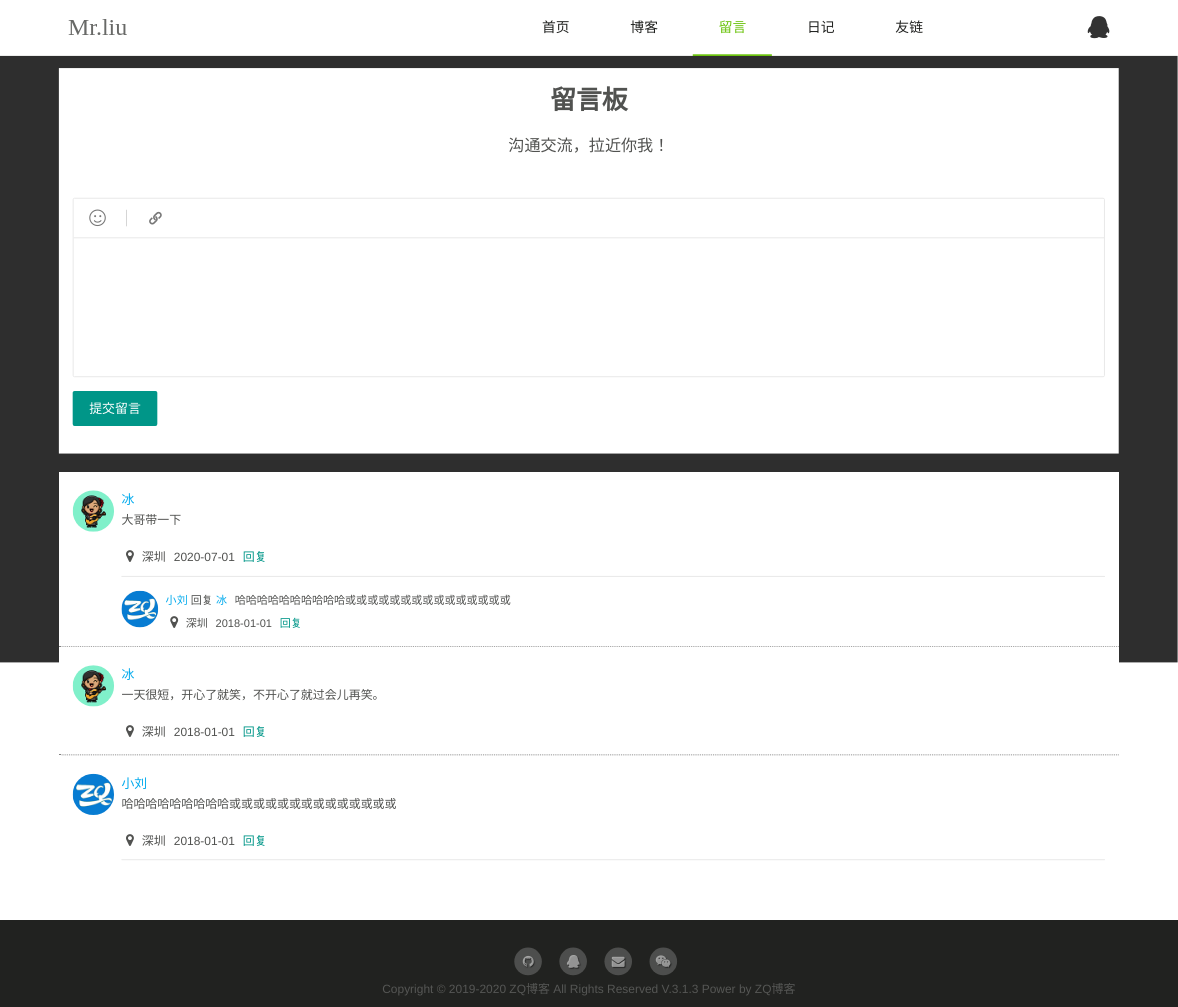
Repository: fengfi9/blog
Page: message.html
An editor plug-in stored every save of this project. The page is shown before and after the next save, followed by the edit.
The browser window is 1280 px wide. The pictures show the whole page, at 92% of full size.

Above is the page before, as saved 2020-10-22 14:26:53.

### message.html
<!DOCTYPE html>
<html>

<head>
    <meta charset="utf-8" />
    <meta http-equiv="X-UA-Compatible" content="IE=edge,chrome=1" />
    <meta name="renderer" content="webkit">
    <meta name="viewport" content="width=device-width" />
    <meta name="author" content="www.lzqcode.com" />
    <meta name="robots" content="all" />
    <title>留言板</title>
    <link rel="stylesheet" href="font-awesome/css/font-awesome.min.css">
    <link rel="stylesheet" href="layui/css/layui.css" />
    <link rel="stylesheet" href="css/master.css" />
    <link rel="stylesheet" href="css/gloable.css" />
    <link rel="stylesheet" href="css/nprogress.css" />
    <link rel="stylesheet" href="css/message.css" />
</head>

<body>
    <div class="header">
    </div>
    <header class="gird-header">
        <div class="header-fixed">
            <div class="header-inner">
                <a href="javascript:void(0)" class="header-logo" id="logo">Mr.liu</a>
                <nav class="nav" id="nav">
                    <ul>
                        <li><a href="index.html">首页</a></li>
                        <li><a href="article.html">博客</a></li>
                        <li><a href="message.html">留言</a></li>
                        <li><a href="diary.html">日记</a></li>
                        <li><a href="link.html">友链</a></li>
                    </ul>
                </nav>
                <a href="#" class="blog-user">
                    <i class="fa fa-qq"></i>
                </a>
                <a class="phone-menu">
                    <i></i>
                    <i></i>
                    <i></i>
                </a>
            </div>
        </div>
    </header>
    <div class="doc-container" id="doc-container">
        <div class="container-fixed">
            <div class="container-inner">
                <section class="msg-remark">
                    <h1>留言板</h1>
                    <p>
                        沟通交流，拉近你我！
                    </p>
                </section>
                <div class="textarea-wrap message" id="textarea-wrap">
                    <form class="layui-form blog-editor" action="">
                        <div class="layui-form-item">
                            <textarea name="editorContent" lay-verify="content" id="remarkEditor" placeholder="请输入内容"
                                class="layui-textarea layui-hide"></textarea>
                        </div>
                        <div class="layui-form-item">
                            <button class="layui-btn" lay-submit="formLeaveMessage"
                                lay-filter="formLeaveMessage">提交留言</button>
                        </div>
                    </form>
                </div>
            </div>
            <div class="f-cb"></div>
            <div class="mt20">
                <ul class="message-list" id="message-list">
                    <li class="zoomIn article">
                        <div class="comment-parent">
                            <a name="remark-1"></a>
                            <img src="image/t2.png" />
                            <div class="info">
                                <span class="username">冰</span>
                            </div>
                            <div class="comment-content">
                                大哥带一下
                            </div>
                            <p class="info info-footer">
                                <i class="fa fa-map-marker" aria-hidden="true"></i>
                                <span>深圳</span>
                                <span class="comment-time">2020-07-01</span>
                                <a href="javascript:;" class="btn-reply" data-targetid="1" data-targetname="冰">回复</a>
                            </p>
                        </div>
                        <hr />
                        <div class="comment-child">
                            <a name="reply-1"></a>
                            <img src="image/admin_img.png">
                            <div class="info">
                                <span class="username">小刘</span>
                                <span style="padding-right:0;margin-left:-5px;">回复</span>
                                <span class="username">冰</span>
                                <span>哈哈哈哈哈哈哈哈哈哈或或或或或或或或或或或或或或或</span>
                            </div>
                            <p class="info">
                                <i class="fa fa-map-marker" aria-hidden="true"></i>
                                <span>深圳</span>
                                <span class="comment-time">2018-01-01</span>
                                <a href="javascript:;" class="btn-reply" data-targetid="2" data-targetname="小刘">回复</a>
                            </p>
                        </div>
                        <div class="replycontainer layui-hide">
                            <form class="layui-form" action="">
                                <input type="hidden" name="remarkId" value="1">
                                <input type="hidden" name="targetUserId" value="0">
                                <div class="layui-form-item">
                                    <textarea name="replyContent" lay-verify="replyContent" placeholder="请输入回复内容"
                                        class="layui-textarea" style="min-height:80px;"></textarea>
                                </div>
                                <div class="layui-form-item">
                                    <button class="layui-btn layui-btn-xs" lay-submit="formReply"
                                        lay-filter="formReply">提交</button>
                                </div>
                            </form>
                        </div>
                    </li>
                    <li class="zoomIn article">
                        <div class="comment-parent">
                            <a name="remark-1"></a>
                            <img src="image/t2.png" alt="{{name}}" />
                            <div class="info">
                                <span class="username">冰</span>
                            </div>
                            <div class="comment-content">
                                一天很短，开心了就笑，不开心了就过会儿再笑。
                            </div>
                            <p class="info info-footer">
                                <i class="fa fa-map-marker" aria-hidden="true"></i>
                                <span>深圳</span>
                                <span class="comment-time">2018-01-01</span>
                                <a href="javascript:;" class="btn-reply" data-targetid="1" data-targetname="冰">回复</a>
                            </p>
                        </div>
                        <div class="replycontainer layui-hide">
                            <form class="layui-form" action="">
                                <input type="hidden" name="remarkId" value="1">
                                <input type="hidden" name="targetUserId" value="0">
                                <div class="layui-form-item">
                                    <textarea name="replyContent" lay-verify="replyContent" placeholder="请输入回复内容"
                                        class="layui-textarea" style="min-height:80px;"></textarea>
                                </div>
                                <div class="layui-form-item">
                                    <button class="layui-btn layui-btn-xs" lay-submit="formReply"
                                        lay-filter="formReply">提交</button>
                                </div>
                            </form>
                        </div>
                    </li>
                    <li class="zoomIn article">
                        <div class="comment-parent">
                            <a name="remark-1"></a>
                            <img src="image/admin_img.png" />
                            <div class="info">
                                <span class="username">小刘</span>
                            </div>
                            <div class="comment-content">
                                哈哈哈哈哈哈哈哈哈或或或或或或或或或或或或或或
                            </div>
                            <p class="info info-footer">
                                <i class="fa fa-map-marker" aria-hidden="true"></i>
                                <span>深圳</span>
                                <span class="comment-time">2018-01-01</span>
                                <a href="javascript:;" class="btn-reply" data-targetid="1" data-targetname="小刘">回复</a>
                            </p>
                        </div>
                        <hr />
                        <div class="replycontainer layui-hide">
                            <form class="layui-form" action="">
                                <input type="hidden" name="remarkId" value="1">
                                <input type="hidden" name="targetUserId" value="0">
                                <div class="layui-form-item">
                                    <textarea name="replyContent" lay-verify="replyContent" placeholder="请输入回复内容"
                                        class="layui-textarea" style="min-height:80px;"></textarea>
                                </div>
                                <div class="layui-form-item">
                                    <button class="layui-btn layui-btn-xs" lay-submit="formReply"
                                        lay-filter="formReply">提交</button>
                                </div>
                            </form>
                        </div>
                    </li>
                </ul>
            </div>
        </div>
    </div>
    <footer class="grid-footer">
        <div class="footer-fixed">
            <div class="copyright">
                <div class="info">
                    <div class="contact">
                        <a href="javascript:void(0)" class="github" target="_blank"><i class="fa fa-github"></i></a>
                        <a href="#" class="qq" target="_blank"><i class="fa fa-qq"></i></a>
                        <a href="#" class="email" target="_blank"><i class="fa fa-envelope"></i></a>
                        <a href="javascript:void(0)" class="weixin"><i class="fa fa-weixin"></i></a>
                    </div>
                    <p class="mt05">
                        Copyright &copy; 2019-2020 ZQ博客 All Rights Reserved V.3.1.3 Power by ZQ博客
                    </p>
                </div>
            </div>
        </div>
    </footer>
    <script src="layui/layui.js"></script>
    <script src="js/yss/gloable.js"></script>
    <script src="js/plugins/nprogress.js"></script>
    <script>
        NProgress.start();
    </script>
    <script src="js/pagemessage.js"></script>
    <script>
        NProgress.start();
    </script>
    <script>
        window.onload = function () {
            NProgress.done();
        };
    </script>
</body>

</html>

### css/master.css
.header{
	margin: 0 auto;
	width: 100%;
	height: 100%;
	background-color: #2E2E2E;
	position: fixed!important;
	background-size: 100% 100%
}
*{margin:0;padding:0}
a,img{text-decoration:none;border:none}
button,input,textarea{outline:0;border:none;font:14px/1.5 "Microsoft YaHei","微软雅黑","Helvetica Neue","Hiragino Sans GB",Helvetica,Tahoma,sans-serif;color:#515250}
h4{font-size:20px}
li{list-style:none}
body,html{background-color:rgba(255,255,255,.5);font:14px/1.5 "Helvetica neue",Helvetica,Tahoma,"lantinghei sc","Microsoft Yahei",sans-serif;color:#515250;-webkit-font-smoothing:antialiased;-webkit-backface-visibility:hidden;overflow-x:hidden}
.gird-header{width:100%;min-height:60px;position:fixed;background-color:rgba(255,255,255,1);z-index:11002;top:0;left:0;border-bottom:1px solid #e8e9e7;font-size:14px}
.container-fixed,.footer-fixed,.header-fixed{width:1280px;margin-left:auto;margin-right:auto;position:relative}
.header-inner{margin-left:10px;margin-right:10px;position:relative}
.header-logo{font-family:BarbaraHand;font-size:40px;color:#444647;text-align:center;position:absolute;left:0;font-family: cursive;color: #686967;text-decoration: none;font-size: 26px;margin-top: 10px;}
.nav{display:block;position:absolute;right:15%}
.nav li{display:block;float:left;margin:10px 5px;position:relative}
.nav li:before{width:0;height:2px;position:absolute;bottom:-11px;left:50%;background-color:#6bc30d;content:"";transition:all .6s;z-index:-1}
.nav li a{display:block;line-height:32px;padding:4px 28px;color:#212220;font-weight:400;font-size:15px;text-shadow:0 1px 0 rgba(255,255,255,.2);-webkit-transition:all .2s;transition:all .2s}
.nav .current:before{width:100%;left:0}
.nav .current a{color:#6bc30d}
.blog-user{position:absolute;line-height:60px;font-size:24px}
.blog-user>img{border-radius:50%;width:40px;height:40px}
.phone-menu{width:50px;height:50px;display:inline-block;position:absolute;cursor:pointer;right:0;top:5px}
.phone-menu i{background:#787977;display:inline-block;width:22px;height:2px;position:absolute;left:14px}
.phone-menu i:nth-of-type(1){top:18px}
.phone-menu i:nth-of-type(2){top:25px}
.phone-menu i:nth-of-type(3){top:32px}
.grid-footer{background-color:#212220;color:#919290;font-size:14px;padding:20px 0 0 0;position:relative;zoom:1;clear:both;line-height:20px;margin-top:40px;overflow:hidden}
.copyright{padding:10px 0 10px 0}
.copyright .info{position:relative;text-align:center}
.copyright p{color:#565755;font-size:13px}
.copyright .contact a{display:inline-block;width:30px;height:30px;background-color:rgba(255,255,255,.2);text-align:center;line-height:30px;text-shadow:1px 1px 1px rgba(0,0,0,.5);font-size:14px;margin-left:15px;margin-right:0;border-radius:100%;text-decoration:none;color:rgba(255,255,255,.5);-webkit-transition:all .3s;transition:all .3s}
.copyright .contact a:hover{color:#fff}
.copyright .contact .github:hover{background-color:#b952c5}
.copyright .contact .qq:hover{background-color:#d25744}
.copyright .contact .email:hover{background-color:#668f20}
.copyright .contact .weixin:hover{background-color:#06a2c9}
.doc-container{position:relative;padding-top:60px;-webkit-transition:all .2s;transition:all .2s;min-height:100vh}
.lo{width:250px;height:60px;padding:10px 15px;clear:both;border-radius:4px}
.lo input{margin-left:15px;border:1px solid #e8e9e7}
.lo button{margin-top:10px;padding:5px 15px;cursor:pointer}
.lo .waiting{padding:5px 15px;font-family:FontAwesome;font-style:normal;text-rendering:auto;font-size:20px;display:none}
.lo .waiting:before{content:"\f110";-webkit-animation:spin 2s infinite linear;animation:spin 2s infinite linear}
.artcle{transition:animation .3s linear}
.zoomIn{animation:zoomIn 1s both}
@keyframes zoomIn{0%{opacity:0;-webkit-transform:scale3d(.3,.3,.3);transform:scale3d(.3,.3,.3)}
50%{opacity:1}
}

@-webkit-keyframes spin{0%{-webkit-transform:rotate(0)}
100%{-webkit-transform:rotate(359deg)}
}
@keyframes spin{0%{transform:rotate(0)}
100%{transform:rotate(359deg)}
}
@media screen and (min-width:1025px){.blog-user{right:0}
.phone-menu{display:none}
.nav{display:block!important}
}
@media screen and (max-width:1366px){.container-fixed,.footer-fixed,.header-fixed{width:90%}
.phone-menu{display:none}
.nav{display:block}
}
@media screen and (max-width:1024px){.header-logo{left:25%;width:50%}
.nav{position:fixed;top:60px;left:0;right:0}
.container-fixed,.footer-fixed,.header-fixed{width:90%}
.phone-menu{display:block}
.nav{display:none;width:100%;background:rgba(255,255,255,1)}
.nav li:before{bottom:0;z-index:10}
.nav li{float:none;border-bottom:1px solid #e8e9e7}
.nav li:last-child{border:0}
}
@font-face{font-family:BarbaraHand;src:url(../font/barbarahand-webfont.eot);src:url(../font/barbarahand-webfont.eot?#iefix) format('embedded-opentype'),url(../font/barbarahand-webfont.woff2) format('woff2'),url(../font/barbarahand-webfont.woff) format('woff'),url(../font/barbarahand-webfont.ttf) format('truetype'),url(../font/barbarahand-webfont.svg#BarbaraHand) format('svg');font-weight:400;font-style:normal}

### css/gloable.css
.f-oh{
    overflow: hidden;
    zoom: 1;
    clear: both;
}
.f-oh a{
    margin-right: 30px;
    color: #565755;
}
.f-oh a:hover{
    text-decoration:underline;
    color:#6bc30d;
}

.fs-12{
    font-size:12px;
}
.fs-14{
    font-size:14px;
}
.fs-16,h6{
    font-size:16px;
}
.fs-18{
    font-size:18px;
}
.fs-24{
    font-size:24px;
}
.fs-32{
    font-size:32px;
}
.f-fr{
    float:right;
}
.fc-blue{
    color: #2ea7e0;
}
.fc-black{
    color:#383937
}
.fc-grey{
    color:#787977;
}
.fc-red{
    color:#ff4351;
}
.f-fwb{
    font-weight:bold;
}
.f-fwn{
    font-weight:normal;
}
.f-fl{
    float:left;
}
.f-vam{
    vertical-align:middle;
}
/*.f-ff-icon{
    font-family:"FontAwesome";
    font-style:normal;
    text-rendering:auto;
}*/
.f-fr{
    float:right;
}
.mt05{
    margin-top:5px;
}
.mt10{
    margin-top:10px;
}
.mt20{
    margin-top:20px;
}
.ml05{
    margin-left:5px;
}
.ml10{
    margin-left:10px;
}
.ml20{
    margin-left:20px;
}
.mr05{
    margin-right:5px;
}
.f-noneselect{
    -webkit-user-select: none;
    user-select: none;
}
.fc-link{
    color: #3e8bc7 !important;
}

.f-cb,.f-cb:after{
    display: block;
    content: " ";
    height: 0;
    visibility: hidden;
    clear: both;
}
.img-light{
    position:relative;
}
.img-light:after {
    content: "";
    height: 100%;
    width: 100px;
    -webkit-transform: skewX(-25deg) translateZ(0);
    transform: skewX(-25deg) translateZ(0);
    background-image: linear-gradient(90deg,hsla(0,0%,100%,0),hsla(0,0%,100%,.3) 50%,hsla(0,0%,100%,0));
    position: absolute;
    left: -160%;
    top: 0;
    z-index: 2;
}
.img-light:hover:after {
    transition: left 1s ease-in-out;
    left: 160%;
}
.grid-page{
    font-size:0;
}
.grid-page a[href]:hover,.grid-page a.p-current{
    color: #fff;
    background-color: #787977;
    text-decoration: none;
}
.grid-page a{
    display: inline-block;
    width: 32px;
    height: 32px;
    line-height: 32px;
    text-align: center;
    font-size: 14px;
    background-color: #fff;
    margin: 0 3px;
    transition: all .3s ease-out;
    cursor: default;
    border-radius: 3px;
    box-shadow: 0 1px 3px rgba(0,0,0,.06);
    color: #787977;
}
.grid-page a.p-current{
    background-color: #6bc30d;
    border-radius: 3px;
}
.grid-page a[href]{
    cursor:pointer;
}
.grid-page a.more{
    background-color: transparent;
    color: #787977;
    cursor: default;
    text-shadow: 0 1px 0 rgba(255,255,255,.6);
}

.checkbox-check {}
.checkbox-label{
    display: inline-block;
    width: 46px;
    height: 26px;
    background-color: #f1f2f0;
    border-radius: 26px;
    vertical-align: middle;
    border: 1px solid #e8e9e7;
    position: relative;
    font-size: 0;
    cursor: pointer;
    transition: all .3s ease;
}
.checkbox-label:after{
    content: '';
    display: inline-block;
    width: 26px;
    height: 26px;
    border: 1px solid #e8e9e7;
    background-color: #fff;
    border-radius: 100%;
    position: absolute;
    top: -1px;
    left: 0;
    transition: all .3s ease;
}
.checkbox-check:checked~.checkbox-label{
    background-color: #6bc30d;
    border-color: #6bc30d;
}
.checkbox-check:checked~.checkbox-label:after{
    transform: translate3d(20px,0,0);
    border-color: #6bc30d;
}

.u-label {
    display: inline-block;
    border: 1px solid #e8e9e7;
    padding: 5px;
    overflow: hidden;
    position: relative;
    vertical-align: middle;
    transition: background-color .3s;
}
.u-label.input{
    padding: 0 5px 0 30px;
    min-width: 140px;
    background-color: #fff;
}
.u-label.button{
    border: none;
    padding: 0;
}
.u-btn-sub{
    border: none;
    display: inline-block;
    height: 24px;
    line-height: 24px;
    padding: 6px 0;
    text-align: center;
    width: 90px;
    background-color: #70ca10;
    color: #fff;
    -webkit-transition: all .3s;
    transition: all .3s;
    box-sizing: content-box;
    text-decoration: none!important;
}

### css/nprogress.css
/* Make clicks pass-through */
#nprogress {
  pointer-events: none;
}

#nprogress .bar {
  background: #29d;

  position: fixed;
  z-index: 99999;
  top: 0;
  left: 0;

  width: 100%;
  height: 2px;
}

/* Fancy blur effect*/
#nprogress .peg {
  display: block;
  position: absolute;
  right: 0px;
  width: 100px;
  height: 100%;
  box-shadow: 0 0 10px #29d, 0 0 5px #29d;
  opacity: 1.0;

  -webkit-transform: rotate(3deg) translate(0px, -4px);
      -ms-transform: rotate(3deg) translate(0px, -4px);
          transform: rotate(3deg) translate(0px, -4px);
}

/* Remove these to get rid of the spinner */
#nprogress .spinner {
  display: block;
  position: fixed;
  z-index: 99999;
  top: 15px;
  right: 15px;
}

#nprogress .spinner-icon {
  width: 18px;
  height: 18px;
  box-sizing: border-box;

  border: solid 2px transparent;
  border-top-color: #29d;
  border-left-color: #29d;
  border-radius: 50%;

  -webkit-animation: nprogress-spinner 400ms linear infinite;
          animation: nprogress-spinner 400ms linear infinite;
}

.nprogress-custom-parent {
  overflow: hidden;
  position: relative;
}

.nprogress-custom-parent #nprogress .spinner,
.nprogress-custom-parent #nprogress .bar {
  position: absolute;
}

@-webkit-keyframes nprogress-spinner {
  0%   { -webkit-transform: rotate(0deg); }
  100% { -webkit-transform: rotate(360deg); }
}
@keyframes nprogress-spinner {
  0%   { transform: rotate(0deg); }
  100% { transform: rotate(360deg); }
}

### css/message.css
.msg-remark{background:#FFF;padding:15px;margin-top:1rem;text-align:center}
.msg-remark h1{font-weight:700;font-size:2rem}
.msg-remark p{font-size:1.25rem;margin:1rem 0}
.textarea-wrap.message{background-color:#fff;padding:15px}
.message-list{position:relative;margin-bottom:10px}
.message-list img{width:22px;height:22px}
.message-list li:first-child{border-top:0}
.message-list li{background:#fff;padding:15px;border-top:1px dotted grey}
.message-list .comment-content,.message-list .info,.message-list .replycontainer{margin-left:53px}
.message-list .info-footer{font-size:13px}
.message-list .info,.message-list .replycontainer{padding-top:5px}
.message-list .replycontainer .layui-form-item{margin-bottom:5px}
.message-list .info{overflow-x:hidden}
.message-list .info span{padding-right:5px}
.message-list .info img{margin-top:-2px}
.message-list .info .username{color:#01AAED}
.message-list .info .btn-reply{color:#009688}
.message-list .comment-content{padding:2px 0 5px 0;min-height:30px;font-size:13px;word-break: break-all}
.message-list hr{margin-left:53px}

.comment-parent>img{width:45px;height:45px;margin:5px 5px 5px 0;position:absolute;border-radius:50px}
.comment-child>img{width:40px;height:40px;margin:5px 5px 5px 0;position:absolute;border-radius:50px}
.comment-child{margin-left:53px;min-height:50px}
.comment-child .info{margin-left:48px;font-size:12px;line-height:20px}
.areaImg{width:12px!important;height:13px!important}
.fa-map-marker{margin: 0 5px;font-size: 15px;}

Loaded but not shown: font-awesome/css/font-awesome.min.css (library); layui/css/layui.css (library); layui/layui.js (library); js/plugins/nprogress.js (library); layui/lay/modules/jquery.js (library); layui/lay/modules/element.js (library); layui/lay/modules/layer.js (library); layui/lay/modules/form.js (library); layui/css/modules/layer/default/layer.css (library); layui/lay/modules/layedit.js (library); layui/lay/modules/util.js (2 lines, source omitted); layui/lay/modules/flow.js (2 lines, source omitted); js/pagemessage.js (42 lines, source omitted); js/yss/gloable.js (41 lines, source omitted)

After the next save:
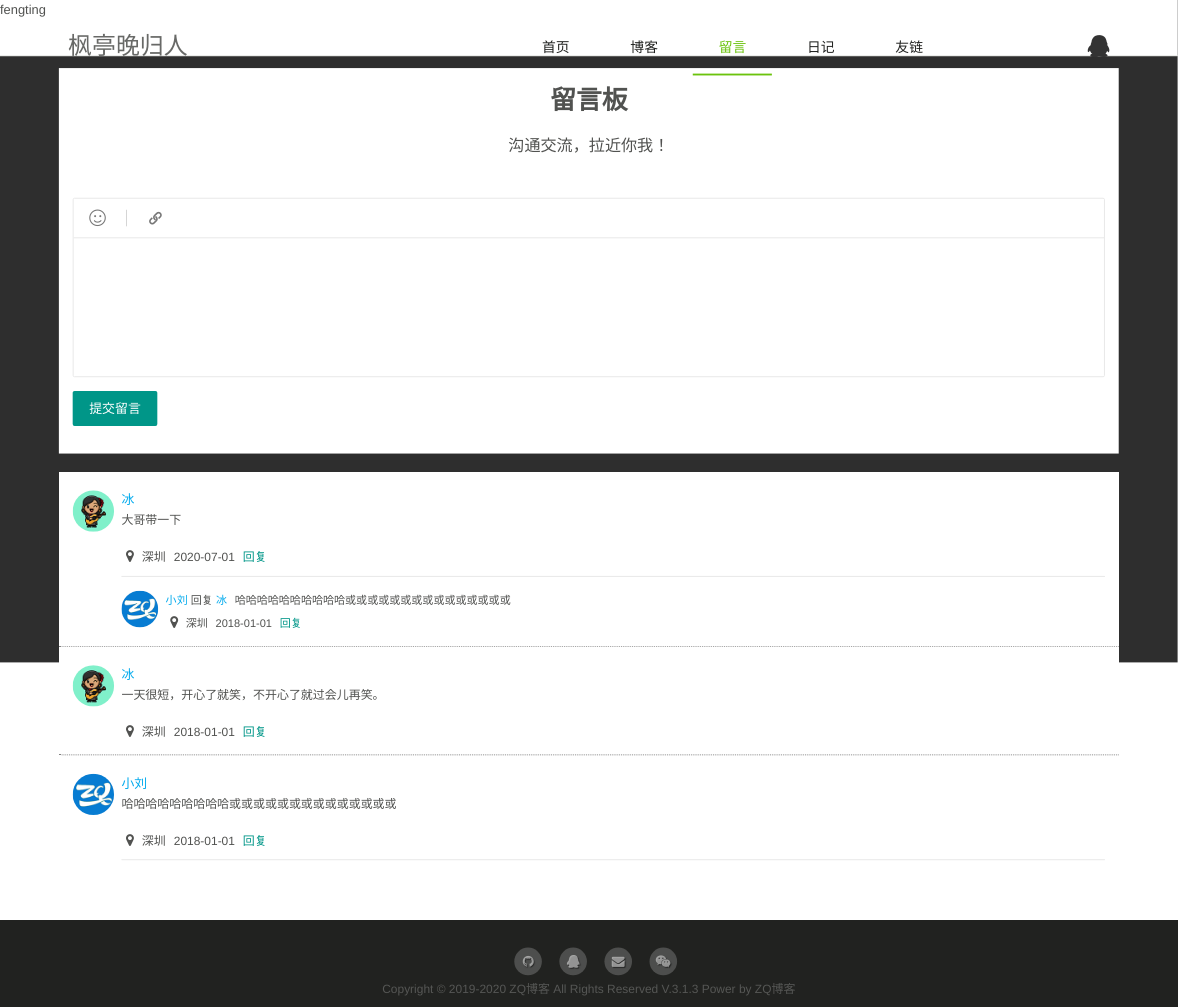
Saved 22 min 30 s later.
--- a/message.html
+++ b/message.html
@@ -20,10 +20,10 @@
 <body>
     <div class="header">
     </div>
-    <header class="gird-header">
+    <header class="gird-header">fengting
         <div class="header-fixed">
             <div class="header-inner">
-                <a href="javascript:void(0)" class="header-logo" id="logo">Mr.liu</a>
+                <a href="javascript:void(0)" class="header-logo" id="logo">枫亭晚归人</a>
                 <nav class="nav" id="nav">
                     <ul>
                         <li><a href="index.html">首页</a></li>
